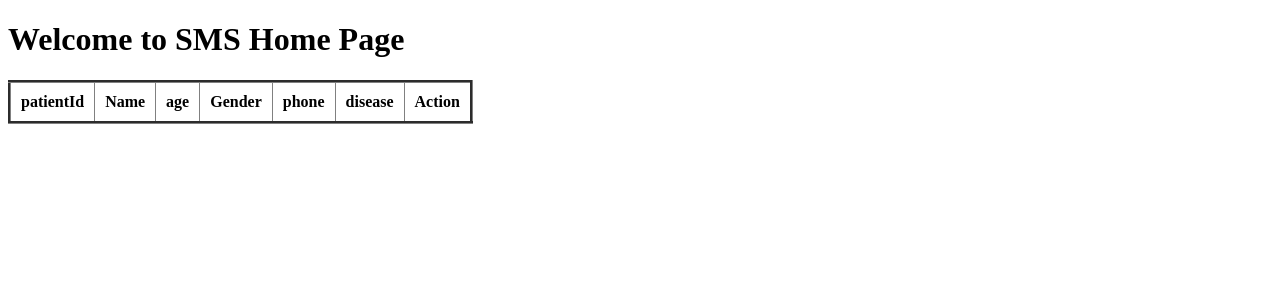
Repository: Madavahari/Servlets
Page: http://localhost/hms/home.jsp
An editor plug-in stored every save of this project. The page is shown before and after the next save, followed by the edit.
The browser window is 1280 px wide. The pictures show the whole page.
The page is served by Tomcat 9. Queries for data that is not in the repository find no rows.

Above is the page before, as saved 2024-10-17 14:00:23.
Console error: TypeError: Cannot read properties of null (reading 'style')

After the next save:
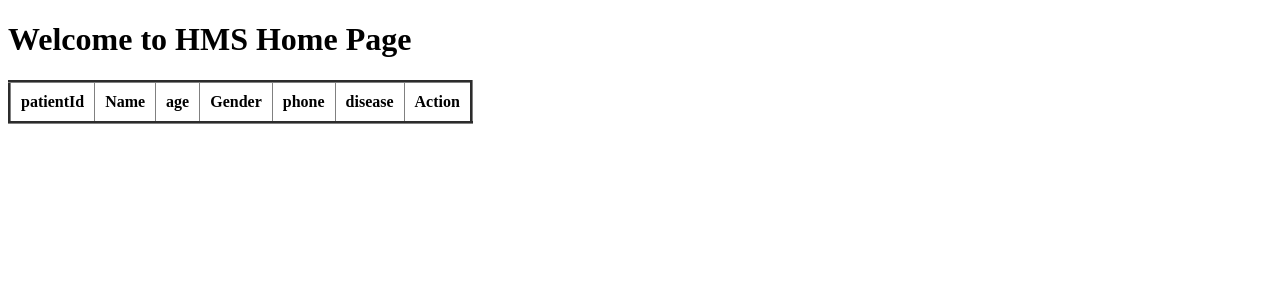
Saved 67 s later.
--- a/servlets/hms/src/main/webapp/home.jsp
+++ b/servlets/hms/src/main/webapp/home.jsp
@@ -24,7 +24,7 @@
 		e.printStackTrace();
 	}
 	%>
-	<h1>Welcome to SMS Home Page </h1>
+	<h1>Welcome to HMS Home Page </h1>
 	<table border="3" rules="all" cellpadding="10">
 		<thead>
 			<tr>
